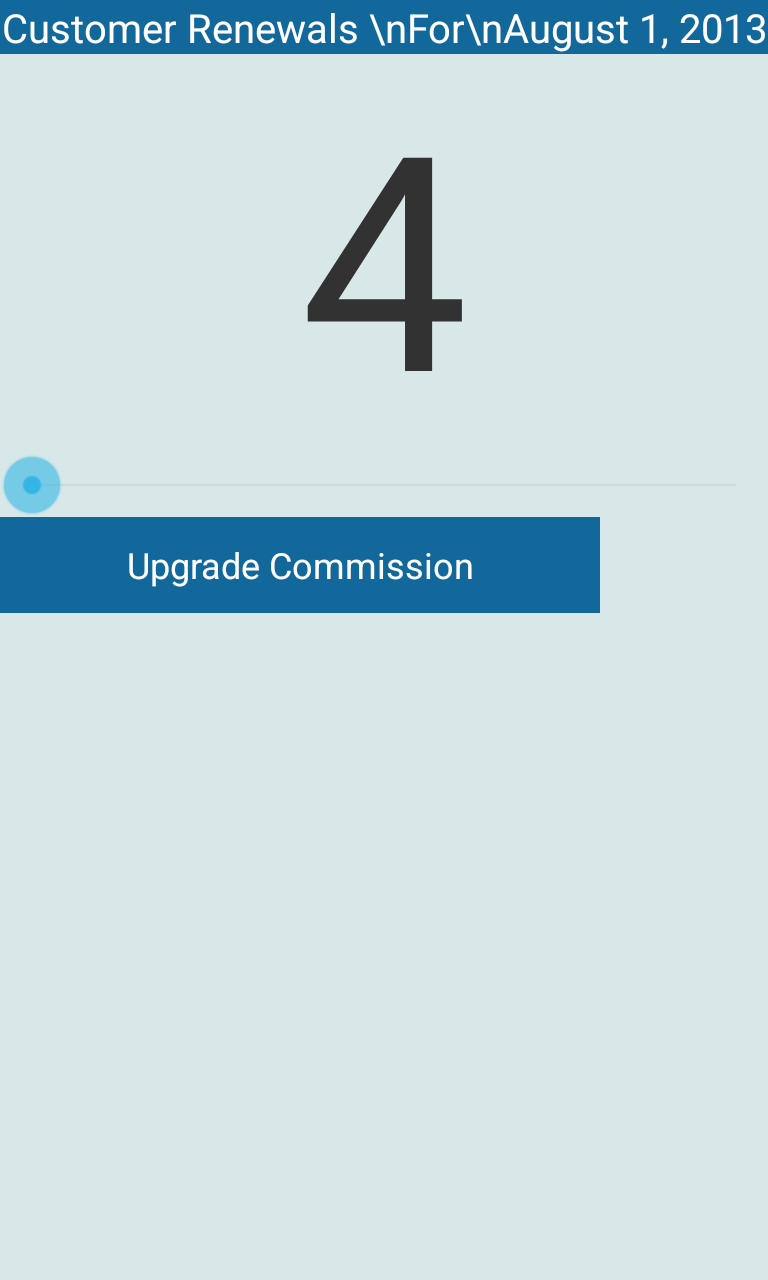
Repository: jemcphe/XCell
Layout: XCell/res/layout/frag_renewals.xml
These files come from the project's save history. The layout is drawn as it stood at one moment and after the next save; the edit follows.
It is drawn on a 768 x 1280 px phone screen (xhdpi) without system bars, with theme Theme.Xcell; the app's code is not run.

Above is the layout before, as saved 2013-08-15 16:17:56.

After the next save:
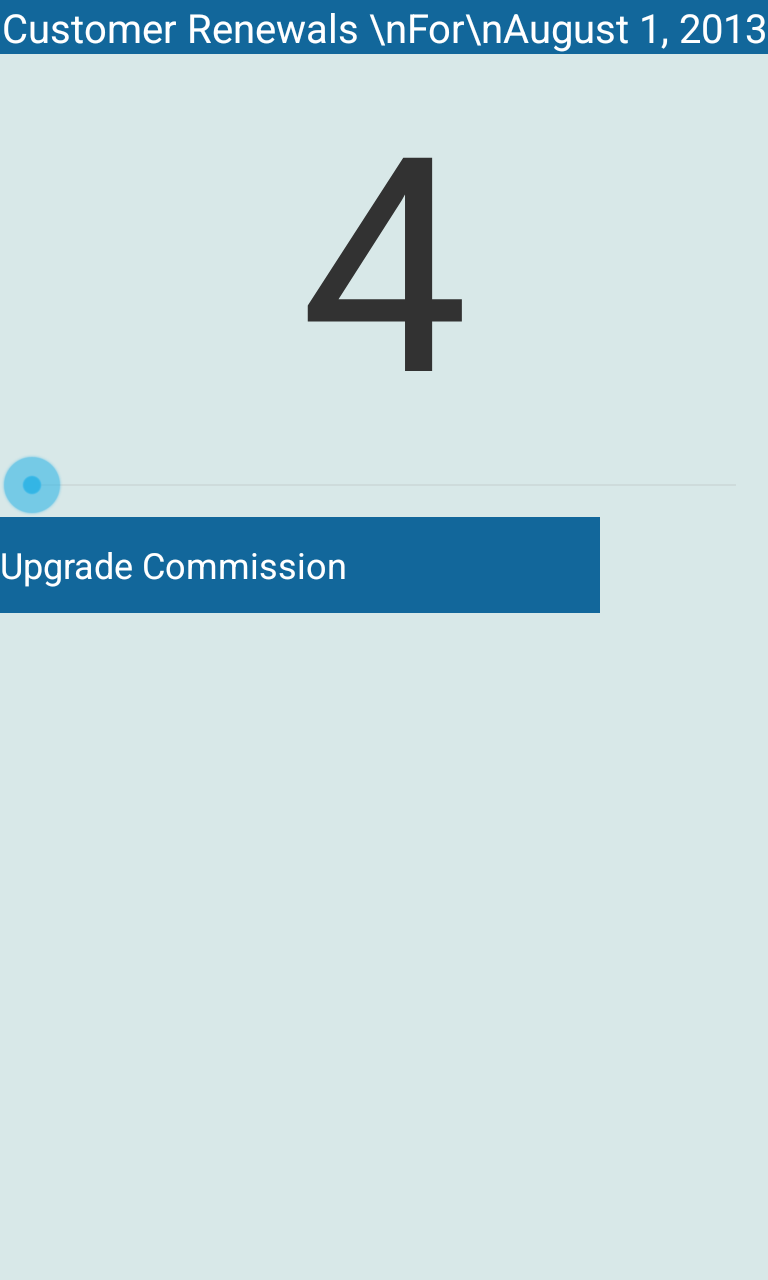
Saved 16 s later.
--- a/XCell/res/layout/frag_renewals.xml
+++ b/XCell/res/layout/frag_renewals.xml
@@ -34,6 +34,6 @@
         android:text="Upgrade Commission"
         android:textColor="#fff"
         android:background="@color/xcell_blue"
-        android:gravity="center" />
+        android:gravity="center_vertical" />
 
 </LinearLayout>

After the save that followed:
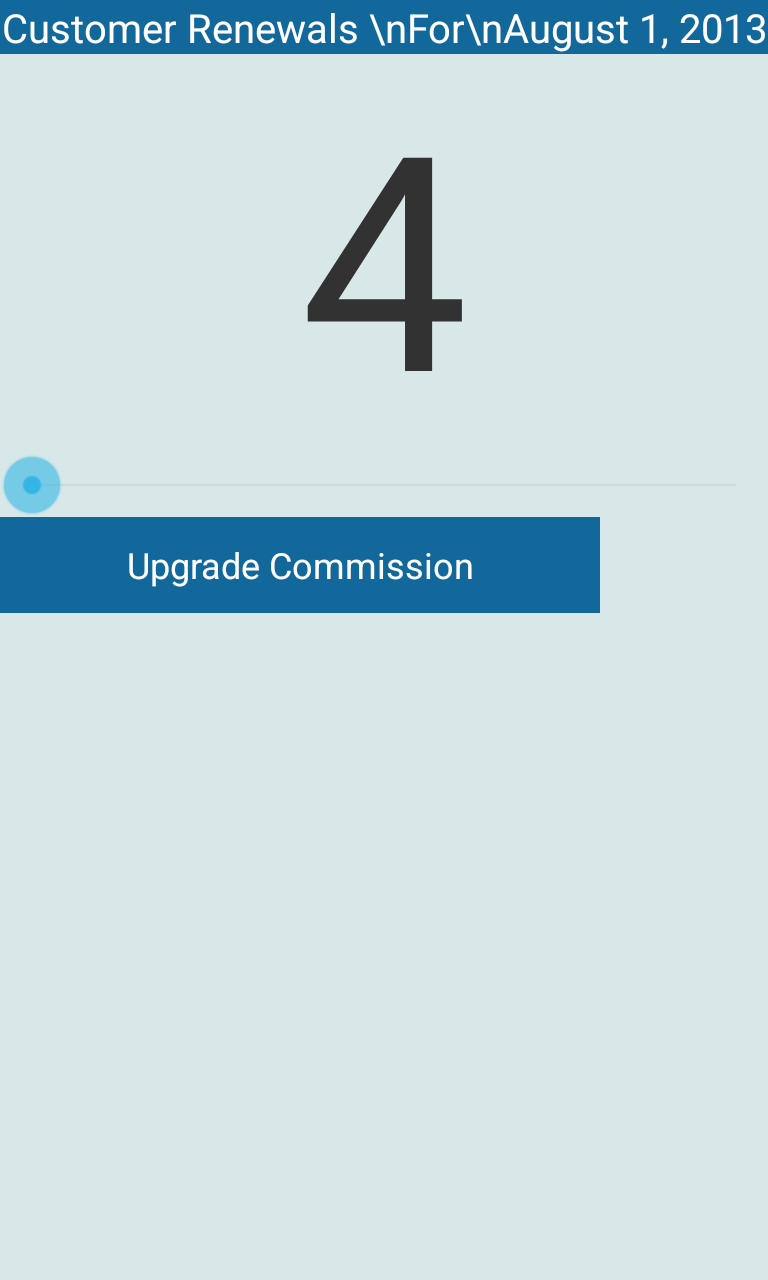
Saved 35 s later.
--- a/XCell/res/layout/frag_renewals.xml
+++ b/XCell/res/layout/frag_renewals.xml
@@ -34,6 +34,6 @@
         android:text="Upgrade Commission"
         android:textColor="#fff"
         android:background="@color/xcell_blue"
-        android:gravity="center_vertical" />
+        android:gravity="center" />
 
 </LinearLayout>
